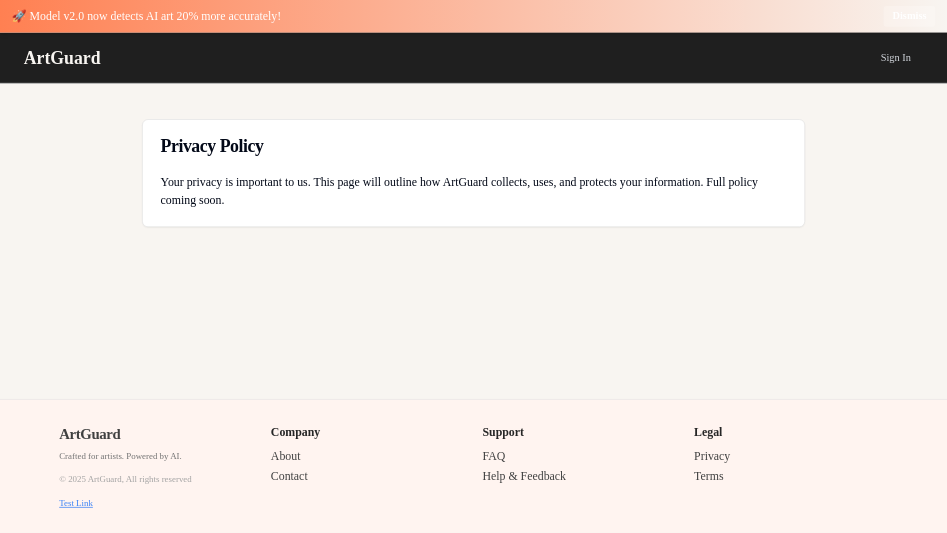
Repository: Arunkumar158/artguard
Page: /privacy-policy
The author's editor kept a copy of each file at every save. The page is drawn from the files as they stood at one save, then again after the next save.
The browser window is 1280 px wide. The pictures show the whole page, at 74% of full size.
The project was rebuilt for these pictures with package versions that can differ from the ones it lists, and the page was loaded fresh each time. Also part of the build but not shown: vite.config.ts, src/components/ui/button.tsx, src/components/ui/label.tsx, src/components/ui/form.tsx, src/components/ui/input.tsx, src/components/ui/tabs.tsx, src/components/ui/alert-dialog.tsx, src/components/auth/AuthForm.tsx and 25 more.

Above is the page before, as saved 2025-07-14 09:40:05.

After the next save:
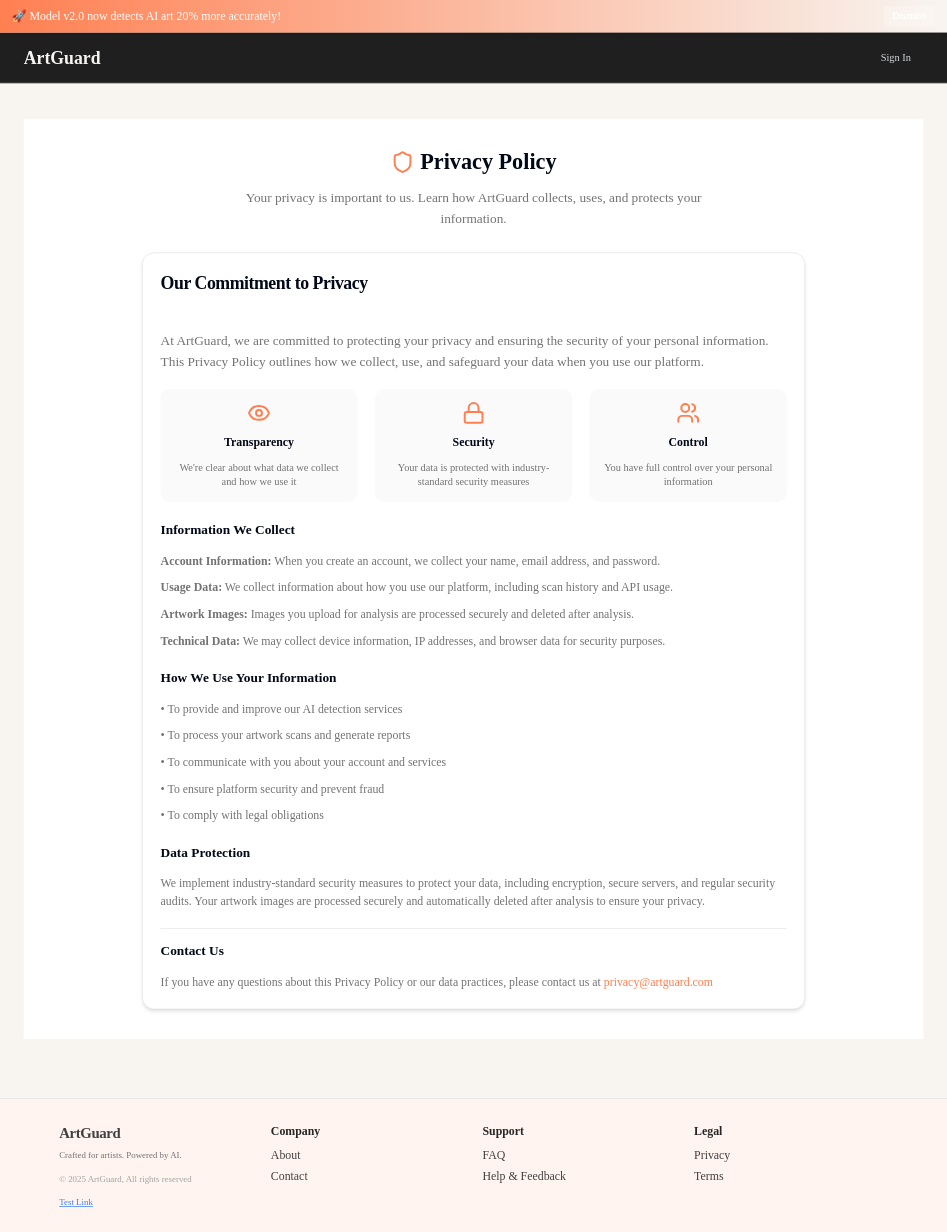
Saved 22 s later.
--- a/src/pages/PrivacyPolicy.tsx
+++ b/src/pages/PrivacyPolicy.tsx
@@ -1,18 +1,107 @@
 import { Card, CardHeader, CardTitle, CardContent } from "@/components/ui/card";
+import { Shield, Eye, Lock, Users } from "lucide-react";
 
 export default function PrivacyPolicy() {
   return (
-    <div className="max-w-4xl mx-auto">
-      <Card>
-        <CardHeader>
-          <CardTitle>Privacy Policy</CardTitle>
-        </CardHeader>
-        <CardContent>
-          <p>
-            Your privacy is important to us. This page will outline how ArtGuard collects, uses, and protects your information. Full policy coming soon.
+    <div className="min-h-screen bg-background py-6 sm:py-10 px-4 sm:px-6 lg:px-8">
+      <div className="max-w-4xl mx-auto space-y-6 sm:space-y-8">
+        {/* Page Header */}
+        <div className="text-center space-y-4">
+          <h1 className="text-xl sm:text-2xl md:text-3xl font-bold text-foreground flex items-center justify-center gap-2">
+            <Shield className="w-6 h-6 sm:w-8 sm:h-8 text-brand" />
+            Privacy Policy
+          </h1>
+          <p className="text-base sm:text-lg text-muted-foreground max-w-2xl mx-auto">
+            Your privacy is important to us. Learn how ArtGuard collects, uses, and protects your information.
           </p>
-        </CardContent>
-      </Card>
+        </div>
+
+        {/* Main Content */}
+        <Card className="rounded-2xl shadow-md">
+          <CardHeader className="p-4 sm:p-6">
+            <CardTitle className="text-lg sm:text-xl md:text-2xl font-bold text-foreground">
+              Our Commitment to Privacy
+            </CardTitle>
+          </CardHeader>
+          <CardContent className="p-4 sm:p-6 space-y-6">
+            <p className="text-base sm:text-lg text-muted-foreground leading-relaxed">
+              At ArtGuard, we are committed to protecting your privacy and ensuring the security of your personal information.
+              This Privacy Policy outlines how we collect, use, and safeguard your data when you use our platform.
+            </p>
+
+            {/* Privacy Principles */}
+            <div className="grid grid-cols-1 md:grid-cols-3 gap-4 sm:gap-6 mt-8">
+              <div className="flex flex-col items-center text-center space-y-3 p-4 rounded-xl bg-muted/50">
+                <Eye className="w-8 h-8 text-brand" />
+                <h3 className="font-semibold text-base">Transparency</h3>
+                <p className="text-sm text-muted-foreground">
+                  We're clear about what data we collect and how we use it
+                </p>
+              </div>
+
+              <div className="flex flex-col items-center text-center space-y-3 p-4 rounded-xl bg-muted/50">
+                <Lock className="w-8 h-8 text-brand" />
+                <h3 className="font-semibold text-base">Security</h3>
+                <p className="text-sm text-muted-foreground">
+                  Your data is protected with industry-standard security measures
+                </p>
+              </div>
+
+              <div className="flex flex-col items-center text-center space-y-3 p-4 rounded-xl bg-muted/50">
+                <Users className="w-8 h-8 text-brand" />
+                <h3 className="font-semibold text-base">Control</h3>
+                <p className="text-sm text-muted-foreground">
+                  You have full control over your personal information
+                </p>
+              </div>
+            </div>
+
+            {/* Information We Collect */}
+            <div className="space-y-4">
+              <h3 className="text-lg font-semibold text-foreground">Information We Collect</h3>
+              <div className="space-y-3 text-sm sm:text-base text-muted-foreground">
+                <p><strong>Account Information:</strong> When you create an account, we collect your name, email address, and password.</p>
+                <p><strong>Usage Data:</strong> We collect information about how you use our platform, including scan history and API usage.</p>
+                <p><strong>Artwork Images:</strong> Images you upload for analysis are processed securely and deleted after analysis.</p>
+                <p><strong>Technical Data:</strong> We may collect device information, IP addresses, and browser data for security purposes.</p>
+              </div>
+            </div>
+
+            {/* How We Use Your Information */}
+            <div className="space-y-4">
+              <h3 className="text-lg font-semibold text-foreground">How We Use Your Information</h3>
+              <div className="space-y-3 text-sm sm:text-base text-muted-foreground">
+                <p>• To provide and improve our AI detection services</p>
+                <p>• To process your artwork scans and generate reports</p>
+                <p>• To communicate with you about your account and services</p>
+                <p>• To ensure platform security and prevent fraud</p>
+                <p>• To comply with legal obligations</p>
+              </div>
+            </div>
+
+            {/* Data Protection */}
+            <div className="space-y-4">
+              <h3 className="text-lg font-semibold text-foreground">Data Protection</h3>
+              <p className="text-sm sm:text-base text-muted-foreground">
+                We implement industry-standard security measures to protect your data, including encryption,
+                secure servers, and regular security audits. Your artwork images are processed securely and
+                automatically deleted after analysis to ensure your privacy.
+              </p>
+            </div>
+
+            {/* Contact Information */}
+            <div className="space-y-4 pt-4 border-t">
+              <h3 className="text-lg font-semibold text-foreground">Contact Us</h3>
+              <p className="text-sm sm:text-base text-muted-foreground">
+                If you have any questions about this Privacy Policy or our data practices, please contact us at{' '}
+                <a href="mailto:privacy@artguard.com" className="text-brand hover:underline">
+                  privacy@artguard.com
+                </a>
+              </p>
+            </div>
+          </CardContent>
+        </Card>
+      </div>
     </div>
   );
 }
